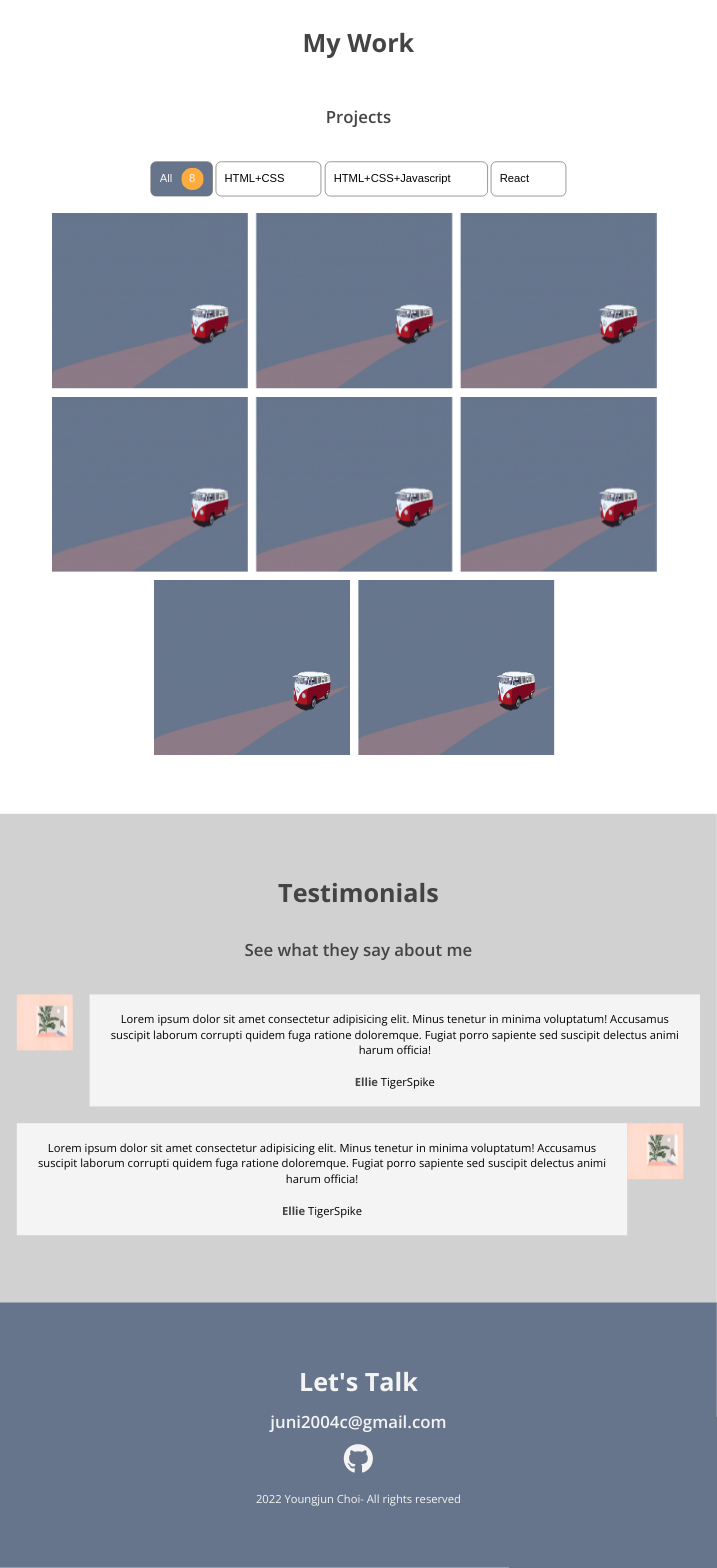
Repository: choi2021/portfolio-vanillaJS
Page: index.html
These files come from the project's save history. The page is drawn as it stood at one moment and after the next save; the edit follows.
The browser window is 1024 px wide. The pictures show the part of the page from y = 2331 to 4571 px (the page is 4571 px tall), at 70% of full size.
Some web libraries are served in a nearby version.

Above is the page before, as saved 2022-01-08 15:22:02.

### index.html
<!DOCTYPE html>
<html lang="en">

<head>
  <meta charset="UTF-8">
  <meta http-equiv="X-UA-Compatible" content="IE=edge">
  <meta name="viewport" content="width=device-width, initial-scale=1.0">
  <title>Youngjun's Portfolio</title>
  <meta name="description" content="Front-end developer Youngjun">
  <meta name="author" content="Youngjun ">
  <link rel="icon" href="public/favicon.png" type="public/png">
  <link rel="stylesheet" href="style.css">
  <script src="main.js" defer></script>
  <script src="https://kit.fontawesome.com/a6a726722e.js" crossorigin="anonymous"></script>
  <link href="https://fonts.googleapis.com/css2?family=Open+Sans:wght@400;600;700&display=swap" rel="stylesheet">
</head>

<body>
  <!-- Navbar -->
  <nav class="navbar">
    <div class="navbar__logo">
      <img src="public/favicon.png" alt="logo">
      <a href="#">YOUNGJUN</a>
    </div>
    <ul class="navbar__menu">
      <li class="navbar__menu__item active">Home</li>
      <li class="navbar__menu__item">About</li>
      <li class="navbar__menu__item">Skills</li>
      <li class="navbar__menu__item">My work</li>
      <li class="navbar__menu__item">Testimonial</li>
      <li class="navbar__menu__item">Contact</li>
    </ul>
    <button class="navbar__toggleBtn">
      <i class="fas fa-bars"></i>
    </button>
  </nav>
  <!-- Home -->
  <section class="home">
    <img class="home__avatar" src="public/profile.jpg" alt="home-img">
    <h1 class="title">Hello <br> I'm Yougnjun Choi</h1>
    <h3 class="description">매일 매일 부족한 걸 채워가는 프론트엔드 개발자</h3>
    <button class="home__contact">contact me</button>
  </section>
  <!-- About -->
  <section class="about section">
    <div class="section__container">
      <h1 class="title">About me</h1>
      <p class="description">Lorem ipsum dolor sit amet consectetur adipisicing elit. Quidem adipisci sint voluptate
        odit, molestias debitis aliquam nihil magni a corporis consectetur minus vero qui suscipit dolorum natus
        nesciunt
        expedita? Sit!</p>
      <ul class="about__stacks">
        <li class="stack">
          <div class="stack__icon">
            <i class="fab fa-html5"></i>
          </div>
          <div class="stack__title">Front-end basic</div>
          <div class="stack__description">HTML, CSS, Javascript</div>
        </li>
        <li class="stack">
          <div class="stack__icon">
            <i class="fab fa-react"></i>
          </div>
          <div class="stack__title">React</div>
          <div class="stack__description">Javascript Library</div>
        </li>
      </ul>
      <div class="about__experience">
        <img src="public/gist_logo.jpg" alt="">
        <div class="experience__description">
          <div class="experience__name">Undergraduate chemistry major</div>
          <div class="experience__term">2016 March - 2022 Feb</div>
        </div>
      </div>
    </div>
  </section>
  <!-- Skills -->
  <section class="skills section">
    <div class="section__container">
      <h1 class="title">Skills</h1>
      <h2 class="sub_title">Skills & Attributes</h2>
      <p class="description">Lorem ipsum dolor sit amet, consectetur adipisicing elit. Harum cupiditate magnam modi
        eius? Soluta,
        quidem sed dicta animi maiores nemo laudantium dolores aliquam, molestias suscipit id accusantium unde
        temporibus
        nostrum.</p>
      <div class="skillset">
        <div class="skillset__left">
          <h3 class="skillset__title">Skills</h3>
          <div class="skill">
            <div class="skill__description">
              <span class="description__name">HTML</span>
              <span class="description__figure">80%</span>
            </div>
            <div class="skill__bar">
              <div class="skill__value" style="width: 80%"></div>
            </div>
          </div>
          <div class="skill">
            <div class="skill__description">
              <span class="description__name">CSS</span>
              <span class="description__figure">60%</span>
            </div>
            <div class="skill__bar">
              <div class="skill__value" style="width: 60%"></div>
            </div>
          </div>
          <div class="skill">
            <div class="skill__description">
              <span class="description__name">Javascript</span>
              <span class="description__figure">40%</span>
            </div>
            <div class="skill__bar">
              <div class="skill__value" style="width: 40%"></div>
            </div>
          </div>
          <div class="skill">
            <div class="skill__description">
              <span class="description__name">React</span>
              <span class="description__figure">10%</span>
            </div>
            <div class="skill__bar">
              <div class="skill__value" style="width:10%"></div>
            </div>
          </div>
        </div>
        <div class="skillset__right">
          <section class="tools">
            <h3 class="tools__title">Tools</h3>
            <ul class="tools__list">
              <li>
                <span>Visual Studio</span>
              </li>
            </ul>
          </section>
          <section class="etc">
            <h3 class="skillset__title">Etc</h3>
            <ul class="etc__list">
              <li>
                <span>Git</span>
              </li>
            </ul>
          </section>
        </div>
      </div>
    </div>
  </section>
  <section class="work section">
    <div class="section__container">
      <h1 class="title">My Work</h1>
      <h2 class="description">Projects</h2>
      <div class="work__categories">
        <button class="category__btn active">
          All
          <span class="category__count">8</span>
        </button>
        <button class="category__btn">HTML+CSS<span class="category__count">3</span></button>
        <button class="category__btn">HTML+CSS+Javascript<span class="category__count">3</span></button>
        <button class="category__btn">React<span class="category__count">2</span></button>
      </div>
      <div class="work__projects">
        <a href="#" class="project">
          <img src="public/background.jpg" alt="">
          <div class="project__description">
            <h3>Youtube UI</h3>
            <span>Clone coding with HTML and CSS</span>
          </div>
        </a>
        <a href="#" class="project">
          <img src="public/background.jpg" alt="">
          <div class="project__description">
            <h3>Youtube UI</h3>
            <span>Clone coding with HTML and CSS</span>
          </div>
        </a>
        <a href="#" class="project">
          <img src="public/background.jpg" alt="">
          <div class="project__description">
            <h3>Youtube UI</h3>
            <span>Clone coding with HTML and CSS</span>
          </div>
        </a>
        <a href="#" class="project">
          <img src="public/background.jpg" alt="">
          <div class="project__description">
            <h3>Youtube UI</h3>
            <span>Clone coding with HTML and CSS</span>
          </div>
        </a>
        <a href="#" class="project">
          <img src="public/background.jpg" alt="">
          <div class="project__description">
            <h3>Youtube UI</h3>
            <span>Clone coding with HTML and CSS</span>
          </div>
        </a>
        <a href="#" class="project">
          <img src="public/background.jpg" alt="">
          <div class="project__description">
            <h3>Youtube UI</h3>
            <span>Clone coding with HTML and CSS</span>
          </div>
        </a>
        <a href="#" class="project">
          <img src="public/background.jpg" alt="">
          <div class="project__description">
            <h3>Youtube UI</h3>
            <span>Clone coding with HTML and CSS</span>
          </div>
        </a>
        <a href="#" class="project">
          <img src="public/background.jpg" alt="">
          <div class="project__description">
            <h3>Youtube UI</h3>
            <span>Clone coding with HTML and CSS</span>
          </div>
        </a>
      </div>
    </div>
  </section>
  <section class="testimonials section">
    <div class="section__container">
      <h1 class="title">Testimonials</h1>
      <h2 class="description">See what they say about me</h2>
      <div class="testimonialset">
        <div class="testimonial">
          <img class="testimonial__avatar" src="public/background2.jpg" alt="">
          <div class="testimonial__speech-bubble">
            <span>Lorem ipsum dolor sit amet consectetur adipisicing elit. Minus tenetur in minima voluptatum! Accusamus
              suscipit laborum corrupti quidem fuga ratione doloremque. Fugiat porro sapiente sed suscipit delectus
              animi
              harum officia!</span>
            <div class="name-and-company">
              <span class="name"><a href="#"> Ellie</a></span>
              <span class="companay">TigerSpike</span>
            </div>
          </div>
        </div>
        <div class="testimonial">
          <div class="section__container"></div>
          <div class="testimonial__speech-bubble">
            <span>Lorem ipsum dolor sit amet consectetur adipisicing elit. Minus tenetur in minima voluptatum! Accusamus
              suscipit laborum corrupti quidem fuga ratione doloremque. Fugiat porro sapiente sed suscipit delectus
              animi
              harum officia!</span>
            <div class="name-and-company">
              <span class="name"><a href="#"> Ellie</a></span>
              <span class="companay">TigerSpike</span>
            </div>
          </div>
          <img class="testimonial__avatar" src="public/background2.jpg" alt="">
        </div>
      </div>
    </div>

  </section>
  <section class="contact section">
    <h1 class="title">Let's Talk</h1>
    <h2 class="contact__email">juni2004c@gmail.com</h2>
    <div class="contact__links">
      <a href="#">
        <i class="fab fa-github"></i>
      </a>
    </div>
    <p class="contact__rights">2022 Youngjun Choi- All rights reserved</p>
  </section>
</body>

</html>

### style.css
:root {
  /* color */
  --white-color: #f4f4f4;
  --blue-color: #69a0c7;
  --light-yellow-color: #fff6cb;
  --deep-yellow-color: #feac3e;
  --pink-color: #fd8682;
  --black-color: #444444;
  --dark-gray-color: #565656;
  --dim-gray-color: #706f6d;
  --light-gray-color: #d1d1d1;
  --dark-red-color: #8c7a86;
  --dark-blue-color: #67758c;

  /* Space */
  --base-space: 36px;

  /* Font weight */
  --weight-bold: 700;
  --weight-semi-bold: 600;
  --weight-regular: 400;

  /* Font-size */
  --font-large: 48px;
  --font-medium: 28px;
  --font-regular: 18px;
  --font-small: 16px;

  /* size */
  --count-size: 32px;
  --border-size: 8px;
  --logo-size: 43px;
  --avatar-size: 350px;
  --stack-size: 180px;
  --project-width: 280px;
  --project-height: 250px;
  --testimonial-size: 250px;
}

/* Universal tags */
* {
  box-sizing: border-box;
}

h1 {
  font-size: var(--font-large);
  font-weight: var(--weight-bold);
  color: var(--black-color);
  margin: 16px 0px;
}

h2 {
  font-size: var(--font-medium);
  font-weight: var(--weight-semi-bold);
  color: var(--black-color);
  margin: 8px 0px;
}

body {
  margin: 0;
  font-family: "Open Sans", sans-serif;
}

ul {
  list-style: none;
  padding-left: 0;
}

a {
  text-decoration: none;
  color: var(--black-color);
}

button {
  border: none;
  outline: none;
  background-color: transparent;
  cursor: pointer;
}

/* navbar */

.navbar {
  display: flex;
  justify-content: space-between;
  align-items: center;
  background-color: transparent;
  font-size: var(--font-medium);
  position: fixed;
  top: 0;
  width: 100%;
  padding: 12px var(--base-space);
}

.navbar.withBGColor {
  background-color: var(--dark-blue-color);
}

.navbar__logo {
  display: flex;
}

.navbar__logo img {
  width: var(--logo-size);
  height: var(--logo-size);
  margin-right: calc(0.4 * var(--base-space));
}

.navbar__logo a {
  font-size: var(--font-medium);
  font-weight: var(--weight-semi-bold);
  color: var(--white-color);
}

.navbar__menu {
  display: flex;
  padding-left: 0;
}

.navbar__menu__item {
  padding: 8px 12px;
  font-size: var(--font-regular);
  cursor: pointer;
  border: 2px transparent solid;
  border-radius: var(--border-size);
  color: var(--white-color);
  margin-right: var(--base-space);
}

.navbar__menu__item:hover {
  border: 2px white solid;
}

.navbar__menu__item.active {
  background-color: var(--white-color);
  color: var(--dark-blue-color);
}

.navbar__toggleBtn {
  display: none;
  position: absolute;
  top: 12px;
  right: 24px;
  font-size: var(--font-medium);
  color: var(--blue-color);
}

/* Home */

.home {
  padding: calc(3 * var(--base-space)) var(--base-space);
  background: url(./public/background.jpg) no-repeat center/cover;
  text-align: center;
}

.home__avatar {
  width: var(--avatar-size);
  height: var(--avatar-size);
  border-radius: 50%;
  border: 1px white solid;
}

.home .title {
  font-size: var(--font-large);
  font-weight: var(--weight-bold);
  text-align: center;
  color: var(--white-color);
}

.home .description {
  padding-top: calc(2 * var(--base-space));
  font-size: var(--font-medium);
  color: var(--white-color);
}

.home__contact {
  font-size: var(--font-regular);
  font-weight: var(--weight-bold);
  color: var(--white-color);
  text-transform: capitalize;
  padding: calc(0.25 * var(--base-space));
  border: solid var(--white-color) 2px;
  border-radius: var(--border-size);
}

.home__contact:hover {
  background-color: var(--white-color);
  color: var(--dark-blue-color);
}

.section {
  padding: calc(3 * var(--base-space)) var(--base-space);
  text-align: center;
}

.section__container {
  max-width: 1200px;
  margin: auto;
}

.about .description {
  width: 85%;
  margin: auto;
  padding-top: calc(2 * var(--base-space));
  font-size: var(--font-medium);
  text-align: center;
  color: var(--black-color);
  margin-bottom: calc(2 * var(--base-space));
}

.about__stacks {
  display: flex;
  justify-content: space-around;
  padding-left: 0;
  margin: calc(3 * var(--base-space)) 0;
}

.stack {
  font-size: var(--font-medium);
  display: flex;
  flex-direction: column;
  align-items: center;
  text-align: center;
}

.stack__icon {
  font-size: calc(0.7 * var(--stack-size));
  width: var(--stack-size);
  height: var(--stack-size);
  display: flex;
  justify-content: center;
  align-items: center;
  color: var(--blue-color);
  border: 2px solid var(--blue-color);
  border-radius: 50%;
  margin-bottom: var(--base-space);
  transition: transform 300ms ease-in;
}

.stack__icon:hover {
  transform: rotate(45deg);
  color: var(--dark-blue-color);
  border: 2px solid var(--dark-blue-color);
}

.about__experience {
  display: flex;
  justify-content: center;
  width: 50%;
  margin: auto;
}

.about__experience img {
  width: var(--logo-size);
  height: var(--logo-size);
  margin-right: var(--base-space);
}

.skills {
  background-color: var(--light-yellow-color);
}

.skills .sub_title {
  font-size: var(--font-medium);
  font-weight: var(--weight-bold);
  text-align: center;
  color: var(--black-color);
}

.skills .description {
  width: 85%;
  margin: auto;
  padding-top: calc(2 * var(--base-space));
  font-size: var(--font-medium);
  text-align: center;
  color: var(--black-color);
  margin-bottom: calc(2 * var(--base-space));
}

.skillset {
  display: flex;
  background-color: var(--black-color);
}

.skillset__left {
  flex-basis: 60%;
  display: flex;
  color: var(--white-color);
  flex-direction: column;
  align-items: center;
  padding: var(--base-space);
}

.skillset__title {
  font-size: var(--font-regular);
}

.skill {
  width: 100%;
  margin-bottom: var(--base-space);
}

.skill__description {
  width: 100%;
  font-size: var(--font-small);
  display: flex;
  justify-content: space-between;
}

.skill__bar {
  height: 3px;
  background-color: var(--dim-gray-color);
}

.skill__value {
  height: 3px;
  background-color: var(--deep-yellow-color);
}

.skillset__right {
  flex-basis: 40%;
  display: flex;
  flex-direction: column;
  margin: 0;
  text-align: center;
}

.tools {
  background-color: var(--dark-gray-color);
  width: 100%;
  height: 50%;
  color: var(--white-color);
}

.etc {
  background-color: var(--dim-gray-color);
  padding-left: 0;
  height: 50%;
  color: var(--white-color);
}

.tools__list,
.etc__list {
  padding-left: 0;
}

.work .description {
  width: 85%;
  margin: auto;
  padding-top: calc(2 * var(--base-space));
  color: var(--black-color);
  margin-bottom: calc(2 * var(--base-space));
}

.work__categories {
  margin-bottom: var(--base-space);
}

.category__btn {
  font-size: var(--font-regular);
  padding: 8px 12px;
  border: 1px solid var(--dim-gray-color);
  border-radius: var(--border-size);
}

.category__btn.active {
  color: var(--white-color);
  background-color: var(--dark-blue-color);
}

.category__count {
  display: inline-block;
  font-size: var(--font-regular);
  border-radius: 50%;
  width: var(--count-size);
  height: var(--count-size);
  line-height: 32px;
  background-color: var(--deep-yellow-color);
  margin-left: 8px;
  position: relative;
  top: -40px;
  left: 4px;
  opacity: 0;
  transition: all 300ms ease-in;
}
.category__btn.active .category__count,
.category__btn:hover .category__count {
  opacity: 1;
  top: 0;
  left: 0;
}

.work__projects {
  display: flex;
  justify-content: center;
  flex-wrap: wrap;
  width: 100%;
}

.project {
  position: relative;
  width: var(--project-width);
  height: var(--project-height);
  margin-right: calc(0.5 * var(--base-space));
  margin-bottom: calc(0.5 * var(--base-space));
}

.project img {
  width: 100%;
  height: 100%;
}

.project__description {
  background-color: var(--light-yellow-color);
  position: absolute;
  top: 0;
  left: 0;
  width: 100%;
  height: 100%;
  display: flex;
  flex-direction: column;
  justify-content: center;
  opacity: 0;
  transform: translate(0, 10px);
  transition: all 300ms ease-in-out;
}

.project__description:hover {
  opacity: 0.9;
  transform: translate(0, 0);
}

.project__description h3::after {
  display: block;
  margin: auto;
  content: "";
  width: 125px;
  height: 2px;
  background-color: var(--dim-gray-color);
}

.project__description span {
  font-size: var(--font-small);
}

/* Testimonial */

.testimonials {
  background-color: var(--light-gray-color);
}

.testimonials .description {
  max-width: 1200px;
  padding-top: calc(var(--base-space));
  font-size: var(--font-medium);
  color: var(--black-color);
  margin-bottom: calc(2 * var(--base-space));
}

.testimonialset {
  display: flex;
  flex-direction: column;
}

.testimonial {
  display: flex;
  margin-bottom: var(--base-space);
}

.testimonial__avatar:nth-child(odd) {
  margin-right: 24px;
}

.testimonial__avatar :nth-child(even) {
  margin-left: 24px;
}

.testimonial__avatar {
  width: var(--testimonial-size);
  height: var(--testimonial-size);
}

.testimonial__speech-bubble {
  background-color: var(--white-color);
  padding: var(--base-space);
  font-size: var(--font-regular);
  text-align: center;
}

.testimonial__speech-bubble .name-and-company {
  margin-top: var(--base-space);
}

.testimonial__speech-bubble .name {
  font-weight: var(--weight-bold);
}

/* contact */
.contact {
  background-color: var(--dark-blue-color);
}

.contact .title,
.contact__email,
.contact__rights {
  color: var(--white-color);
}

.contact .title {
  font-size: var(--font-large);
}

.contact__email {
  font-size: var(--font-medium);
}

.contact__links {
  color: var(--white-color);
}

.contact__links a {
  font-size: var(--logo-size);
  color: var(--white-color);
}

.contact__links a i {
  transition: transform 300ms ease-in-out;
}

.contact__links a i:hover {
  transform: scale(1.1);
}

.contact__rights {
  font-size: var(--font-regular);
}

@media screen and (min-width: 768px) and (max-width: 1070px) {
  :root {
    /* Space */
    --base-space: 24px;

    /* Font weight */
    --weight-bold: 700;
    --weight-semi-bold: 600;
    --weight-regular: 400;

    /* Font-size */
    --font-large: 36px;
    --font-medium: 24px;
    --font-regular: 16px;
    --font-small: 12px;

    /* size */
    --count-size: 32px;
    --border-size: 8px;
    --logo-size: 43px;
    --avatar-size: 250px;
    --stack-size: 180px;
    --project-width: 280px;
    --project-height: 250px;
    --testimonial-size: 80px;
  }

  .navbar {
    flex-direction: column;
    align-items: flex-start;
  }

  .navbar__menu {
    flex-direction: column;
    width: 100%;
    text-align: center;
    display: none;
  }

  .navbar__toggleBtn {
    display: block;
    position: absolute;
    cursor: pointer;
  }
}

@media screen and (max-width: 768px) {
  :root {
    /* Space */
    --base-space: 24px;

    /* Font weight */
    --weight-bold: 700;
    --weight-semi-bold: 600;
    --weight-regular: 400;

    /* Font-size */
    --font-large: 36px;
    --font-medium: 24px;
    --font-regular: 16px;
    --font-small: 12px;

    /* size */
    --count-size: 32px;
    --border-size: 8px;
    --logo-size: 43px;
    --avatar-size: 250px;
    --stack-size: 180px;
    --project-width: 280px;
    --project-height: 250px;
    --testimonial-size: 80px;
  }
  .navbar {
    flex-direction: column;
    align-items: flex-start;
  }

  .navbar__menu {
    flex-direction: column;
    width: 100%;
    text-align: center;
    display: none;
  }

  .navbar__toggleBtn {
    display: block;
    position: absolute;
    cursor: pointer;
  }

  .about__stacks {
    flex-direction: column;
  }

  .stack {
    margin-bottom: var(--base-space);
  }

  .skillset {
    flex-direction: column;
  }

  .category__btn {
    padding: 4px 8px;
  }

  .project {
    flex-grow: 1;
  }
}

### main.js
// navbar background color
const navbar = document.querySelector(".navbar");
const navbarInfo = navbar.getBoundingClientRect();
console.log(navbarInfo.height);

document.addEventListener("scroll", (e) => {
  const positionY = window.scrollY;
  if (positionY > navbarInfo.height) {
    navbar.classList.add("withBGColor");
  } else {
    navbar.classList.remove("withBGColor");
  }
});

After the next save:
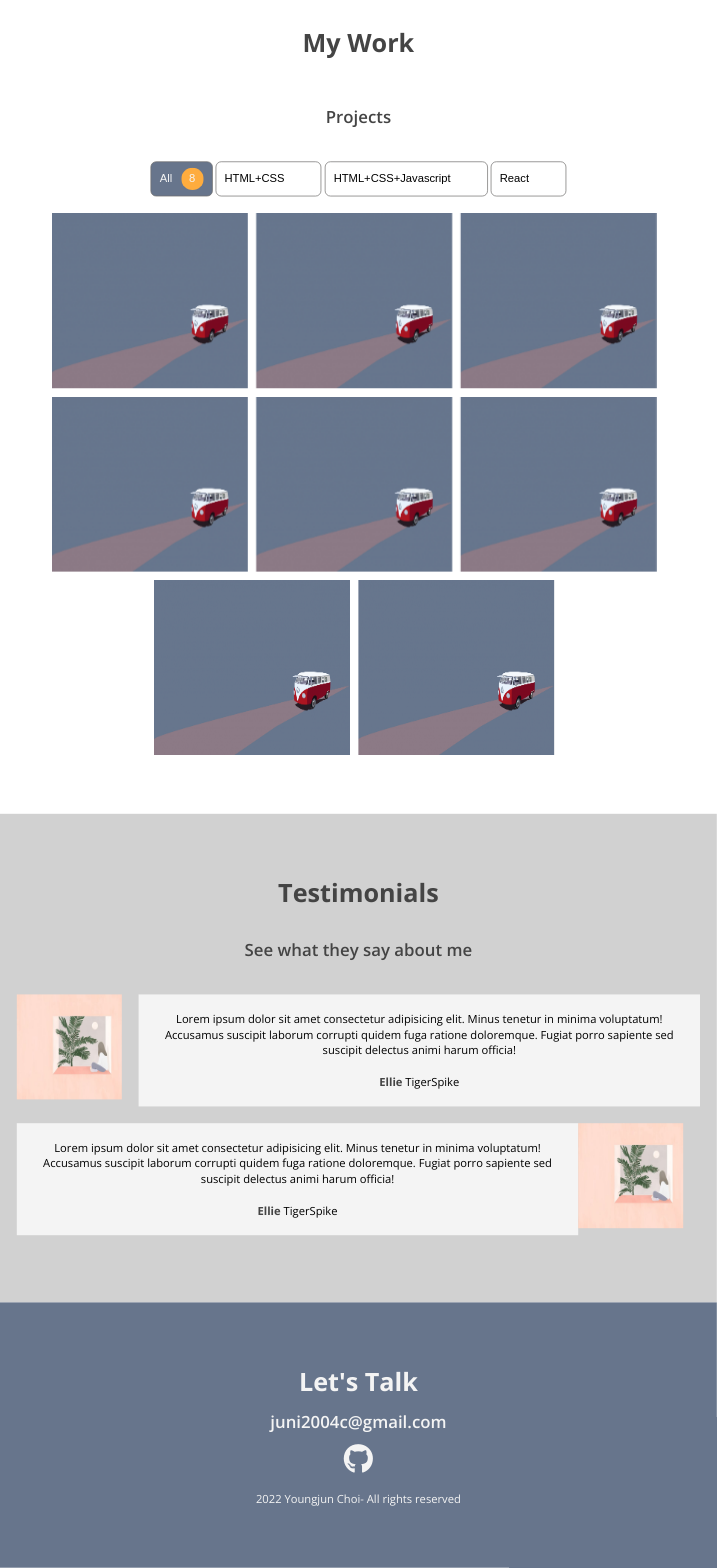
Saved 14 s later.
--- a/style.css
+++ b/style.css
@@ -559,7 +559,7 @@ button {
     --stack-size: 180px;
     --project-width: 280px;
     --project-height: 250px;
-    --testimonial-size: 80px;
+    --testimonial-size: 150px;
   }
 
   .navbar {
